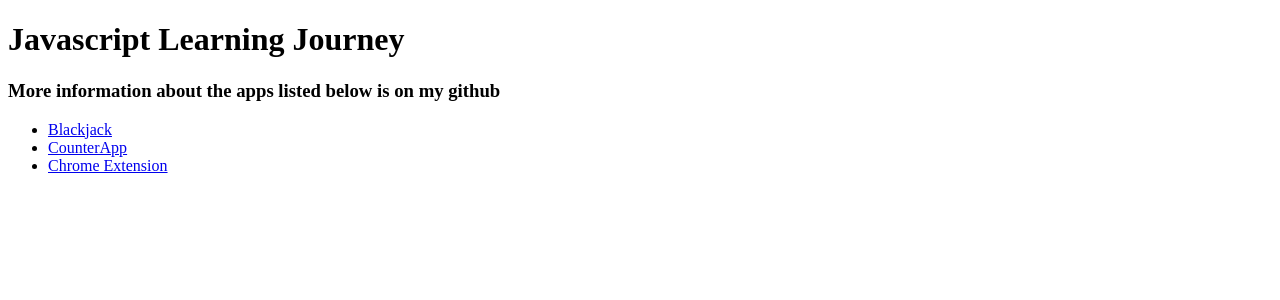
Repository: Siphamandla201/Javascript-Journey
Page: index.html
An editor plug-in stored every save of this project. The page is shown before and after a run of saves, followed by the edit.
The browser window is 1280 px wide. The pictures show the whole page.

Above is the page before, as saved 2023-07-27 16:14:35.

### index.html
<!DOCTYPE html>
<html lang="en">
<head>
    <meta charset="UTF-8">
    <meta name="viewport" content="width=device-width, initial-scale=1.0">
    <title>Document</title>
</head>
<body>
    <h1>
        Javascript Learning Journey
    </h1>
    <h3>
        More information about the apps listed below is on my github
    </h3>
    <ul>
        <li><a href="./Blackjack/Blackjack.html">Blackjack</a></li>
        <li><a href="./CounterApp/Counter.html">CounterApp</a></li>
        <li><a href="./Extension/Index.html">Chrome Extension</a></li>
    </ul>
</body>
</html>

After the next 9 saves:
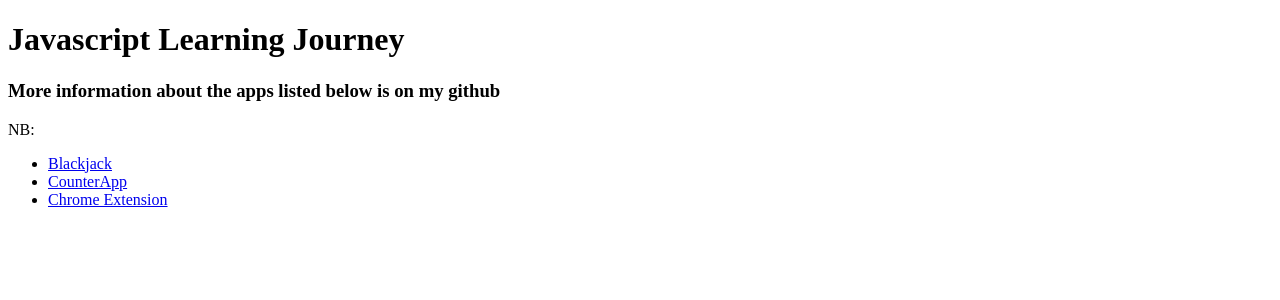
The 9 saves are shown as one change because they came seconds apart.
The last was saved 19 s later.
--- a/index.html
+++ b/index.html
@@ -12,6 +12,7 @@
     <h3>
         More information about the apps listed below is on my github
     </h3>
+    <p>NB: </p>
     <ul>
         <li><a href="./Blackjack/Blackjack.html">Blackjack</a></li>
         <li><a href="./CounterApp/Counter.html">CounterApp</a></li>
